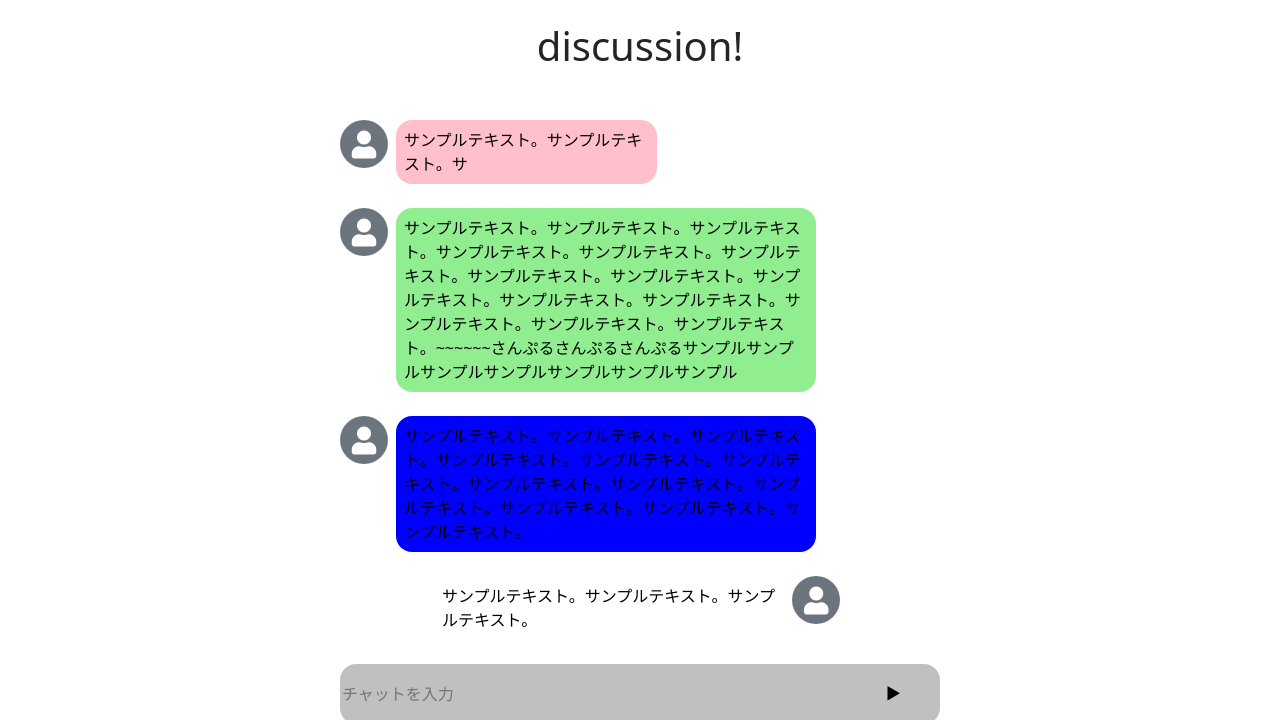
Repository: na2kera/likeChatgptFront
Page: index.html
These files come from the project's save history. The page is drawn as it stood at one moment and after the next save; the edit follows.
The browser window is 1280 px wide. The pictures show the whole page.

Above is the page before, as saved 2023-10-13 14:52:09.
Console error: TypeError: Cannot set properties of null (setting 'onclick')

### index.html
<!DOCTYPE html>
<html lang="ja">

<head>
  <meta charset="UTF-8" />
  <title>Bootstrapで作ったチャットのデザインのサンプルを紹介！</title>
  <link rel="stylesheet" href="https://use.fontawesome.com/releases/v5.15.2/css/all.css"
    integrity="sha384-vSIIfh2YWi9wW0r9iZe7RJPrKwp6bG+s9QZMoITbCckVJqGCCRhc+ccxNcdpHuYu" crossorigin="anonymous" />
  <link href="https://cdn.jsdelivr.net/npm/bootstrap@5.0.0-beta1/dist/css/bootstrap.min.css" rel="stylesheet"
    integrity="sha384-giJF6kkoqNQ00vy+HMDP7azOuL0xtbfIcaT9wjKHr8RbDVddVHyTfAAsrekwKmP1" crossorigin="anonymous" />
  <link rel="stylesheet" href="index.css" />
  <meta name="viewport" content="width=device-width,initial-scale=1" />
</head>

<body>
  <header>
    <h1 class="title">discussion!</h1>
  </header>


  <div id="navArea">
    <!-- サイドバー -->
    <nav>
      <div class="nav_header">
        <ul class="menu">
          <li><a href="#">+ New Room</a></li>
          <li><a href="#">Room</a></li>
        </ul>
      </div>

      <div class="inner">
        <ul class="member">
          <!-- todo: アイコン画像 -->
          <li>User Name1</li>
          <li>User Name2</li>
        </ul>
        <ul>
          <!-- todo: 中央揃えにする -->
          <li><a href="#">Room1</a></li>
          <li><a href="#">Room2</a></li>
          <li><a href="#">Room3</a></li>
        </ul>
      </div>
      <div class="nav_footter">
        User Name
      </div>
    </nav>
    <!--  -->
    <div class="toggle-btn">
      <span>ほげ</span>
      <span>へっこ</span>
      <span>へろー</span>
    </div>
  </div>

  <div class="container">
    <div class="main">
      <div class="b-example-divider b-example-vr"></div>
      <!-- .d-flex -->
      <!-- 背景色はここで変える -->
      <div class="chat bg-white">
        <div class="message d-flex flex-row align-items-start mb-4">
          <div class="message-icon rounded-circle bg-secondary text-white fs-3">
            <i class="fas fa-user"></i>
          </div>
          <!-- .message-icon -->
          <p class="message-text1 p-2 ms-2 mb-0 bg-your-color">
            <!-- bg-~~でメッセージの背景色を変える -->
            サンプルテキスト。サンプルテキスト。サ
          </p>
          <!-- .message-text -->
        </div>
        <!-- .message -->
        <div class="message d-flex flex-row align-items-start mb-4">
          <div class="message-icon rounded-circle bg-secondary text-white fs-3">
            <i class="fas fa-user"></i>
          </div>
          <!-- .message-icon -->
          <p class="message-text2 p-2 ms-2 mb-0 bg-your-color">
            サンプルテキスト。サンプルテキスト。サンプルテキスト。サンプルテキスト。サンプルテキスト。サンプルテキスト。サンプルテキスト。サンプルテキスト。サンプルテキスト。サンプルテキスト。サンプルテキスト。サンプルテキスト。サンプルテキスト。サンプルテキスト。~~~~~~さんぷるさんぷるさんぷるサンプルサンプルサンプルサンプルサンプルサンプルサンプル
          </p>
          <!-- .message-text -->
        </div>
        <!-- .message -->
        <div class="message d-flex flex-row align-items-start mb-4">
          <div class="message-icon rounded-circle bg-secondary text-white fs-3">
            <i class="fas fa-user"></i>
          </div>
          <!-- .message-icon -->
          <p class="message-text3 p-2 ms-2 mb-0 bg-your-color">
            サンプルテキスト。サンプルテキスト。サンプルテキスト。サンプルテキスト。サンプルテキスト。サンプルテキスト。サンプルテキスト。サンプルテキスト。サンプルテキスト。サンプルテキスト。サンプルテキスト。サンプルテキスト。
          </p>
          <!-- .message-text -->
        </div>
        <!-- .message -->
        <div class="message d-flex flex-row-reverse align-items-start mb-4">
          <div class="message-icon rounded-circle bg-secondary text-white fs-3">
            <i class="fas fa-user"></i>
          </div>
          <!-- .message-icon -->
          <p class="message-text p-2 me-2 mb-0 bg-your-color">
            サンプルテキスト。サンプルテキスト。サンプルテキスト。
          </p>
          <!-- .message-text -->
        </div>
        <!-- .message -->
        <div class="input-field d-flex flex-row align-items-end mb-5">
          <form action="#" method="post" class="form">
            <p>
              <input type="text" name="name" placeholder="チャットを入力" class="textbox" />
            </p>
            <p>
              <input type="button" value="▶" id="button2" class="botton" />
            </p>
          </form>
        </div>
      </div>
      <!-- .chat -->
    </div>
    <!-- .container -->
  </div>
  <!-- .main -->

  <script src="https://cdn.jsdelivr.net/npm/bootstrap@5.3.0/dist/js/bootstrap.bundle.min.js"
    integrity="sha384-geWF76RCwLtnZ8qwWowPQNguL3RmwHVBC9FhGdlKrxdiJJigb/j/68SIy3Te4Bkz"
    crossorigin="anonymous"></script>
  <script src="./script.js"></script>
</body>

</html>

### index.css
* {
  margin: 0;

  box-sizing: border-box;
}

body {
  background-color: #a9a9a9;
  margin: 0;
}

header {
  display: flex;
  width: 100%;
  height: 100px;
  background-color: white;
  align-items: center;
  position: fixed;
  justify-content: center;
}

.title {
  text-align: center;
}

.container {
  display: flex;
  overflow-y: scroll;
  justify-content: space-around;
}

.main {
  position: fixed;
  top: 100px;
  width: 100%;
  overflow-y: scroll;
  height: 100vh;
  box-sizing: border-box;
  padding: 20px;
  color: black;
  background-color: white;
}

.chat {
  display: flex;
  flex-wrap: wrap;
}

nav {
  width: 20%;
  position: fixed;
  display: block;
  justify-content: center;
  /* アイテムを水平方向に中央に配置 */
  color: #a9a9a9;
  background-color: #282828;
  top: 0;
  left: 0;
  bottom: 0;
  transition: all 0.5s;
  z-index: 3;
  opacity: 0;
}

.open nav {
  left: 0;
  opacity: 1;
}

nav .nav_header,
nav .inner {
  padding: 10px;
}

nav .nav_header .menu {
  list-style: none;
  margin: 0;
  padding: 0px;
  display: flex;

}

nav .inner ul {
  list-style: none;
  margin: 0;
  padding: 0;
}

nav .inner ul li {
  margin: 0;
  border-bottom: 1px solid #333;
}

nav .nav_header .menu li {
  width: 100%;
  border: solid 1px #FFFFFF;
  border-radius: 10px;
  margin-right: 2%;
}

nav .nav_header .menu li a,
nav .inner ul li a,
nav .inner .member li,
nav .nav_footter {
  display: block;
  text-decoration: none;
  color: #FFFFFF;
  font-size: 14px;
  padding: 1rem;
  transition-duration: 0.2s;
}

nav .nav_footter {
  align-items: flex-end;
}

nav .inner ul li a:hover,
nav .inner .member li:hover {
  background-color: #76A1B8;
  color: #FFFFFF;
  opacity: 0.4;
}



nav .nav_footter p {
  /* todo: 下からの距離にする */
  padding: 1rem;
  /* align-items: flex-end; */
  padding: 0;
  font-size: 14px;
  color: #FFFFFF;
}

.toggle-btn {
  display: none;
  position: fixed;
  top: 30px;
  right: 30px;
  width: 30px;
  height: 30px;
  z-index: 3;
  cursor: pointer;
}

.toggle-btn span {
  position: absolute;
  display: block;
  left: 0;
  width: 30px;
  height: 2px;
  background-color: #333;
  transition: all 0.5s;
  border-radius: 4px;
}

.toggle-btn span:nth-child(1) {
  top: 4px;
}

.toggle-btn span:nth-child(2) {
  top: 14px;
}

.toggle-btn span:nth-child(3) {
  bottom: 4px;
}

.open #mask {
  display: block;
  background-color: #000;
  width: 100%;
  height: 100%;
  top: 0;
  left: 0;
  position: fixed;
  opacity: 0.8;
  cursor: pointer;
}

.sidebar {
  left: 0;
  transition: left 0.3s ease-in-out;
  background-color: white;
}

/* メディアクエリを使用して、画面幅が小さい場合にバーガーメニューを表示 */
@media screen and (max-width: 768px) {
  .toggle-btn {
    display: flex;
  }
}

.fs-5 {
  color: white;
}

.message {
  display: flex;
}

.message-icon {
  color: #90ee90;
}

.chat {
  max-width: 600px;
  margin: 0 auto;
}

.message-text1 {
  background-color: pink;
  display: inline-block;
  max-width: 70%;
  border-radius: 1rem;
}

.message-text2 {
  background-color: #90ee90;
  display: inline-block;
  max-width: 70%;
  border-radius: 1rem;
}

.message-text3 {
  background-color: blue;
  display: inline-block;
  max-width: 70%;
  border-radius: 1rem;
}

.message-icon {
  width: 48px;
  height: 48px;
  text-align: center;
  line-height: 48px;
}

.list-group-item {
  background-color: white;
}

.chat {
  max-width: 600px;
  margin: 0 auto;
}

.message-icon {
  width: 48px;
  height: 48px;
  text-align: center;
  line-height: 48px;
}

.message-text {
  display: inline-block;
  max-width: 70%;
  border-radius: 1rem;
}

.input-field {
  width: 100%;
}

.form {
  width: 100%;
}

.textbox {
  width: 100%;
  height: 60px;
  border: none;
  /* 枠線を無効にする */
}

.input-field .form p {
  position: relative;
}

.input-field .form .textbox {
  position: absolute;
  top: 0;
  background-color: #c0c0c0;
  border-radius: 1rem;
}

.input-field .form .botton {
  position: absolute;
  top: 0;
  left: 90%;
  /* または、適切な位置に設定 */
  border: none;
  /* 枠線を無効にする */
  background-color: #c0c0c0;
}

### script.js
// script.js
function openSidebar() {
  const sidebar = document.querySelector("#navArea");
  sidebar.classList.toggle("open");
}

//画面が小さくなると自動的にサイドバーを閉じる//
// サイドバーを閉じる関数
function closeSidebar() {
  const sidebar = document.querySelector("#navArea");
  sidebar.classList.remove("open");
}

// ウィンドウの幅が変更されたときにサイドバーを閉じる
window.addEventListener("resize", () => {
  const windowWidth = window.innerWidth;

  // 画面幅が小さい場合にサイドバーを閉じる閾値を設定
  const smallScreenWidth = 768; // 例: 768px以下の場合にサイドバーを閉じる

  if (windowWidth <= smallScreenWidth) {
    closeSidebar();
  } else {
    // 画面幅が閾値より大きい場合はサイドバーを開く
    openSidebar();
  }
});

let nav = document.querySelector("#navArea");
let btn = document.querySelector(".toggle-btn");
let mask = document.querySelector("#mask");

btn.onclick = () => {
  nav.classList.toggle("open");
};

mask.onclick = () => {
  nav.classList.toggle("open");
};

After the next save:
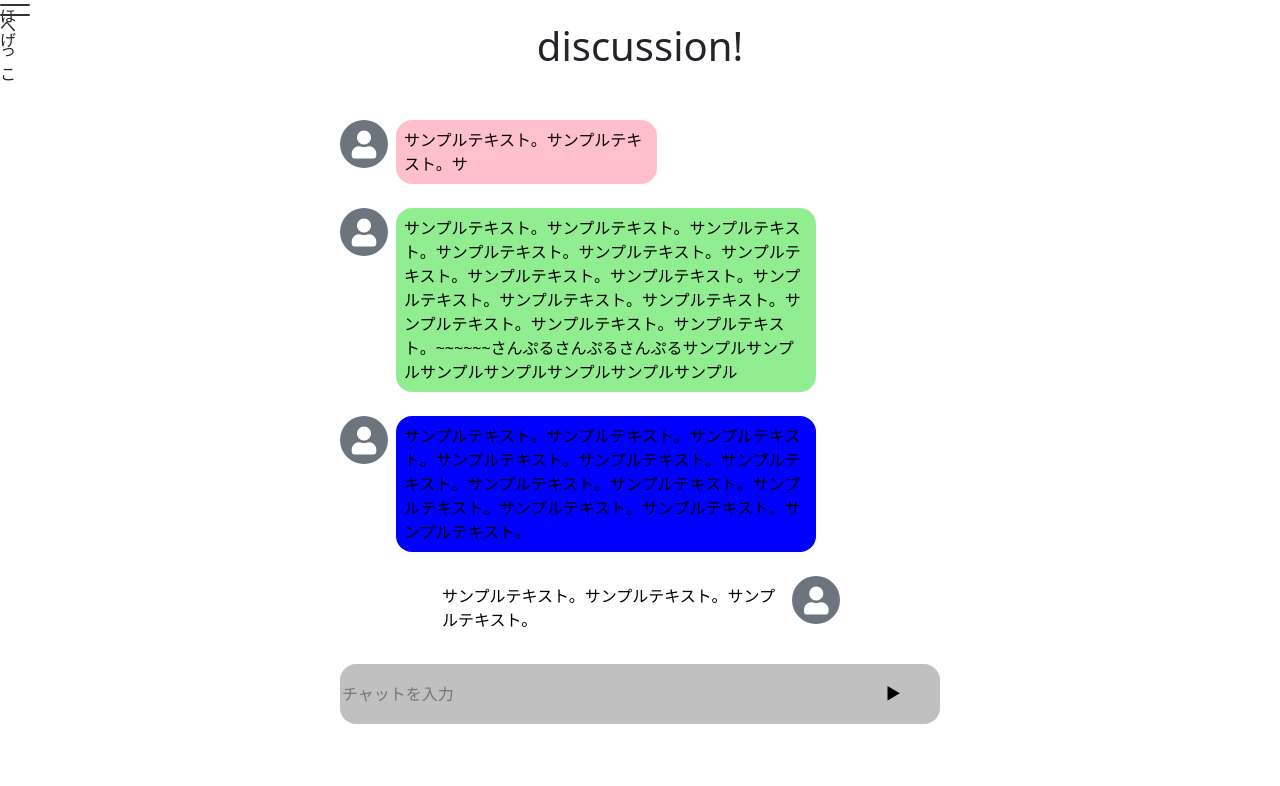
Saved 2 h 15 min later.
--- a/index.css
+++ b/index.css
@@ -121,18 +121,28 @@
   opacity: 0.4;
 }
 
-
-
-nav .nav_footter p {
+.nav_footter {
+  position: fixed;
+  /* or you can use absolute if that fits your design better */
+  bottom: 0;
+  width: 100%;
+  background-color: #f9f9f9;
+  /* optional: for better visibility */
+  text-align: center;
+  /* optional: to center the text */
+}
+
+
+/* nav .nav_footter p {
   /* todo: 下からの距離にする */
-  padding: 1rem;
-  /* align-items: flex-end; */
-  padding: 0;
-  font-size: 14px;
-  color: #FFFFFF;
-}
-
-.toggle-btn {
+padding: 1rem;
+/* align-items: flex-end; */
+padding: 0;
+font-size: 14px;
+color: #FFFFFF;
+}
+
+*/ .toggle-btn {
   display: none;
   position: fixed;
   top: 30px;

After the save that followed:
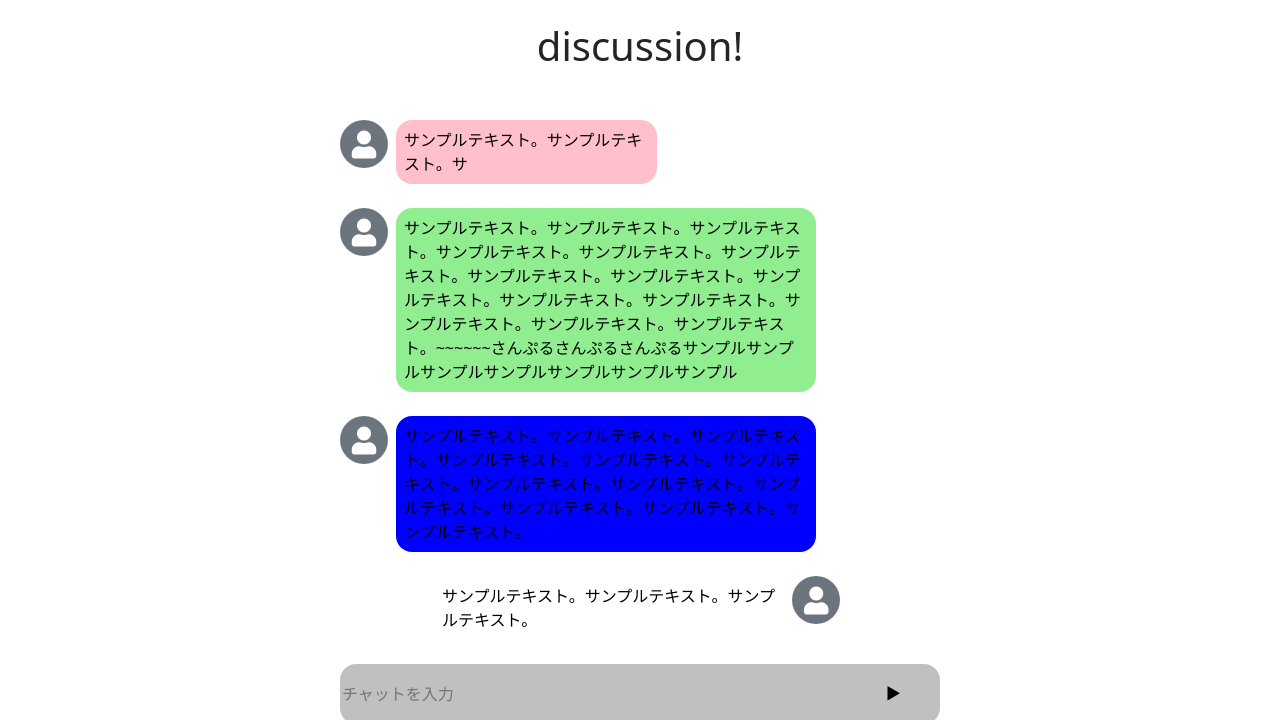
Saved 11 s later.
--- a/index.css
+++ b/index.css
@@ -133,16 +133,9 @@
 }
 
 
-/* nav .nav_footter p {
-  /* todo: 下からの距離にする */
-padding: 1rem;
-/* align-items: flex-end; */
-padding: 0;
-font-size: 14px;
-color: #FFFFFF;
-}
-
-*/ .toggle-btn {
+
+
+.toggle-btn {
   display: none;
   position: fixed;
   top: 30px;
